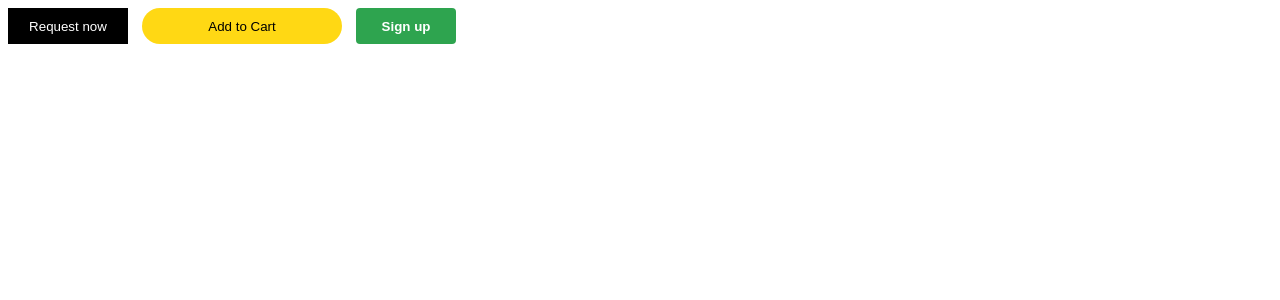
Repository: Kurumilli/Youtube
Page: Exercise2.html
These files come from the project's save history. The page is drawn as it stood at one moment and after the next save; the edit follows.
The browser window is 1280 px wide. The pictures show the whole page.

Above is the page before, as saved 2025-01-23 20:36:53.

After the next save:
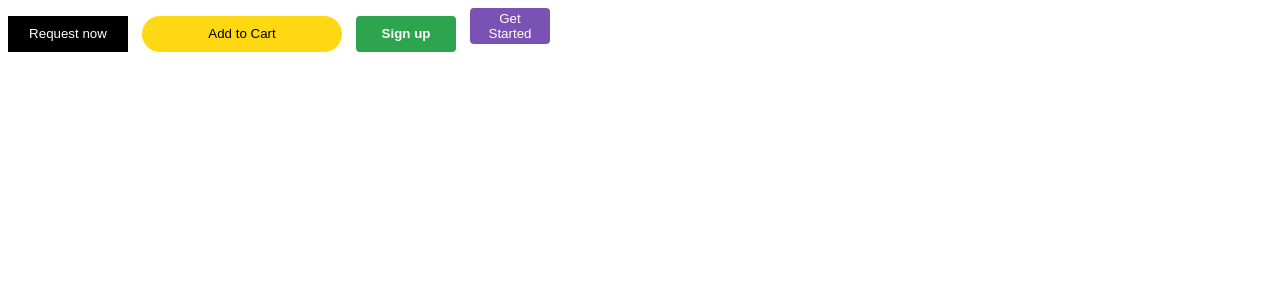
Saved 2 min 25 s later.
--- a/Exercise2.html
+++ b/Exercise2.html
@@ -27,6 +27,16 @@
                 width: 100px;
                 border-radius: 4px;
                 font-weight: bold;
+                margin-right: 10px;
+            }
+
+            .bootstrap{
+                background-color: rgb(121,82,179);
+                color: white;
+                height: 36px;
+                width: 80px;
+                border: none;
+                border-radius: 4px;
             }
         </style>
 
@@ -42,6 +52,9 @@
             Sign up
         </button>
 
+        <button class="bootstrap">
+            Get Started
+        </button>
 
     </body>
 </html>
